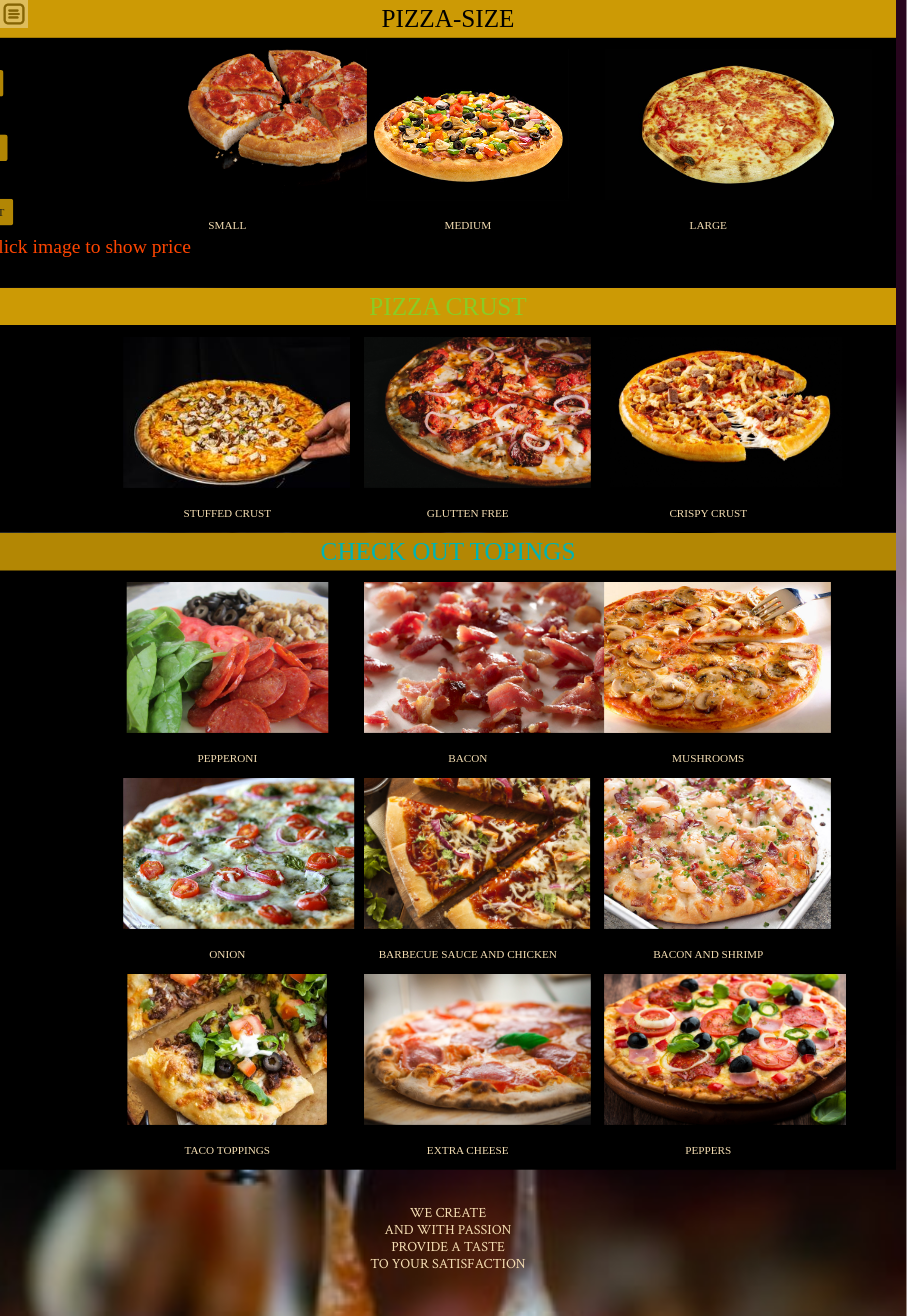
Repository: alexmwaura/MOREO--PIZZA-IP4
Page: mine.html
The author's editor kept a copy of each file at every save. The page is drawn from the files as they stood at one save, then again after the next save.
The browser window is 1280 px wide. The page is 1303 px wide, so the pictures cover 1303 px, including what lies to the right of the window. The pictures show the part of the page from y = 0 to 1880 px (the page is 3153 px tall), at 70% of full size.
Some web fonts or font styles are not loaded; a fallback is used.

Above is the page before, as saved 2019-09-01 17:30:50.

After the next save:
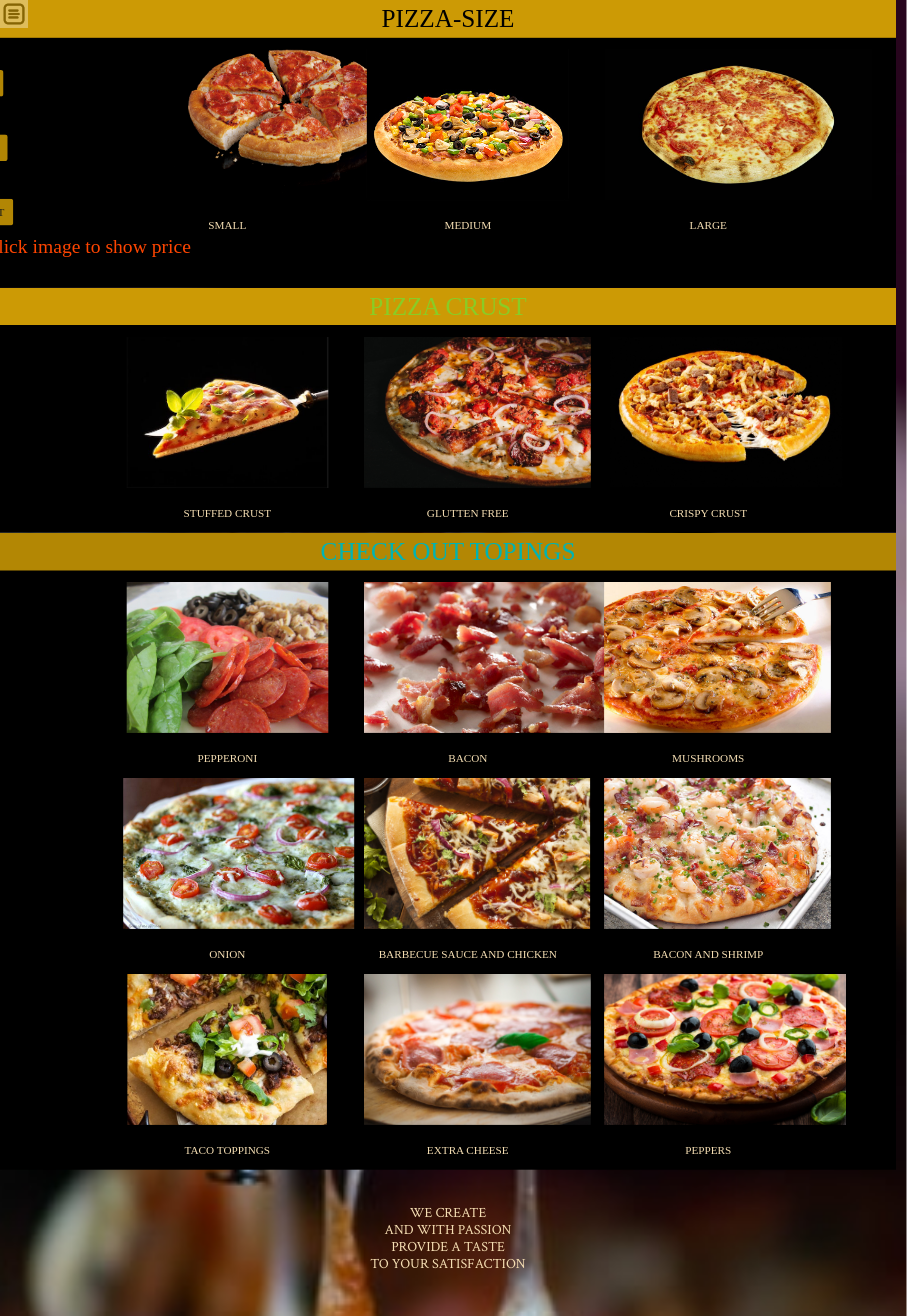
Saved 2 min 21 s later.
--- a/mine.html
+++ b/mine.html
@@ -152,7 +152,7 @@
 
                     <div class="col-lg-3 col-md-3 col-sm-3">
                         <div id="work1">
-                            <img src="./IMAGES/stuffed2.jpg" alt="" class="img-fluid-1"><br><br>
+                            <img src="./IMAGES/stuffed3.jpg" alt="" class="img-fluid-1"><br><br>
 
                             <div class="overlay">
                                 <div class="line">
